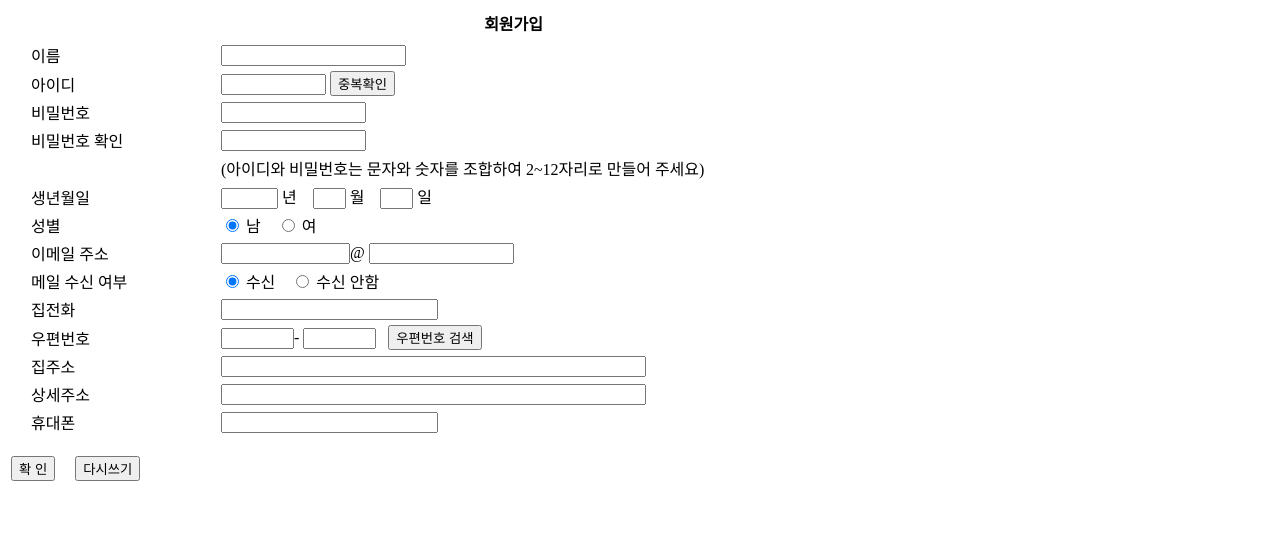
Repository: ekgus419/hckj
Page: http://localhost/Railro/WEB-INF/views/index.jsp
An editor plug-in stored every save of this project. The page is shown before and after the next save, followed by the edit.
The browser window is 1280 px wide. The pictures show the whole page.
The page is served by Tomcat 9. Nobody is signed in. The template is opened directly, without the code that normally fills it, so the values that code supplies are empty.

Above is the page before, as saved 2016-08-19 11:16:08.

After the next save:
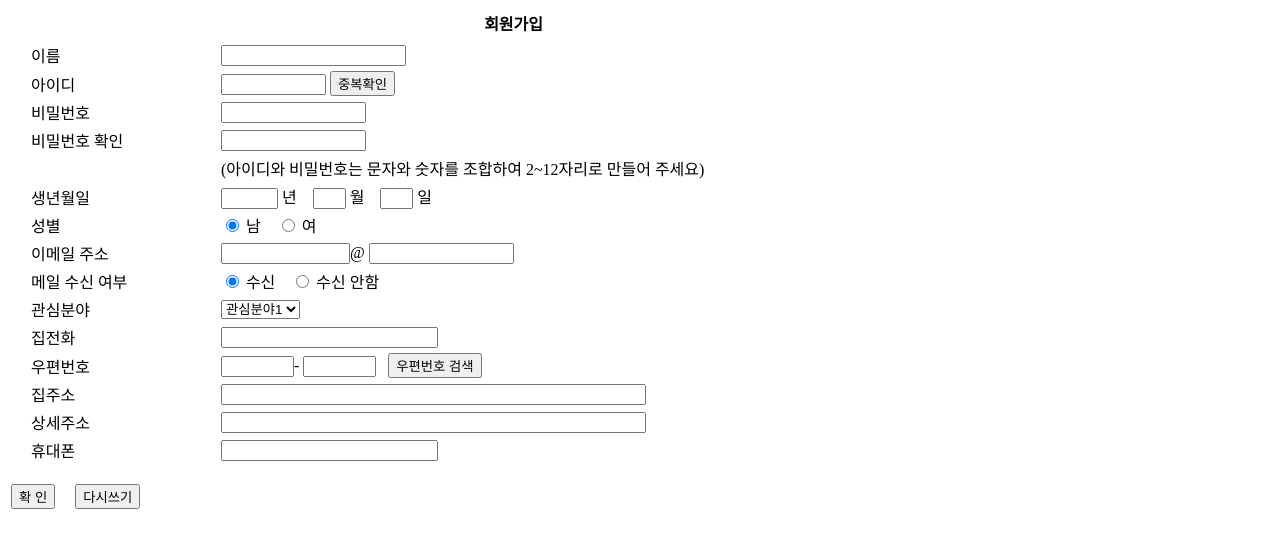
Saved 78 s later.
--- a/Railro/src/main/webapp/WEB-INF/views/index.jsp
+++ b/Railro/src/main/webapp/WEB-INF/views/index.jsp
@@ -113,6 +113,23 @@
 					&nbsp;&nbsp;
 					<input type="radio" name="MEMBER_EMAIL_GET" value="NO"/>
 					수신 안함
+				</td>
+			</tr>
+			<tr>
+				<td>
+					&nbsp;&nbsp;&nbsp;&nbsp;
+					관심분야
+				</td>
+				<td>
+					&nbsp;&nbsp;&nbsp;
+					<select>
+						<option>관심분야1</option>
+						<option>관심분야2</option>
+						<option>관심분야3</option>
+						<option>관심분야4</option>
+						<option>관심분야5</option>
+						<option>관심분야6</option>
+					</select>
 				</td>
 			</tr>
 			<tr>
